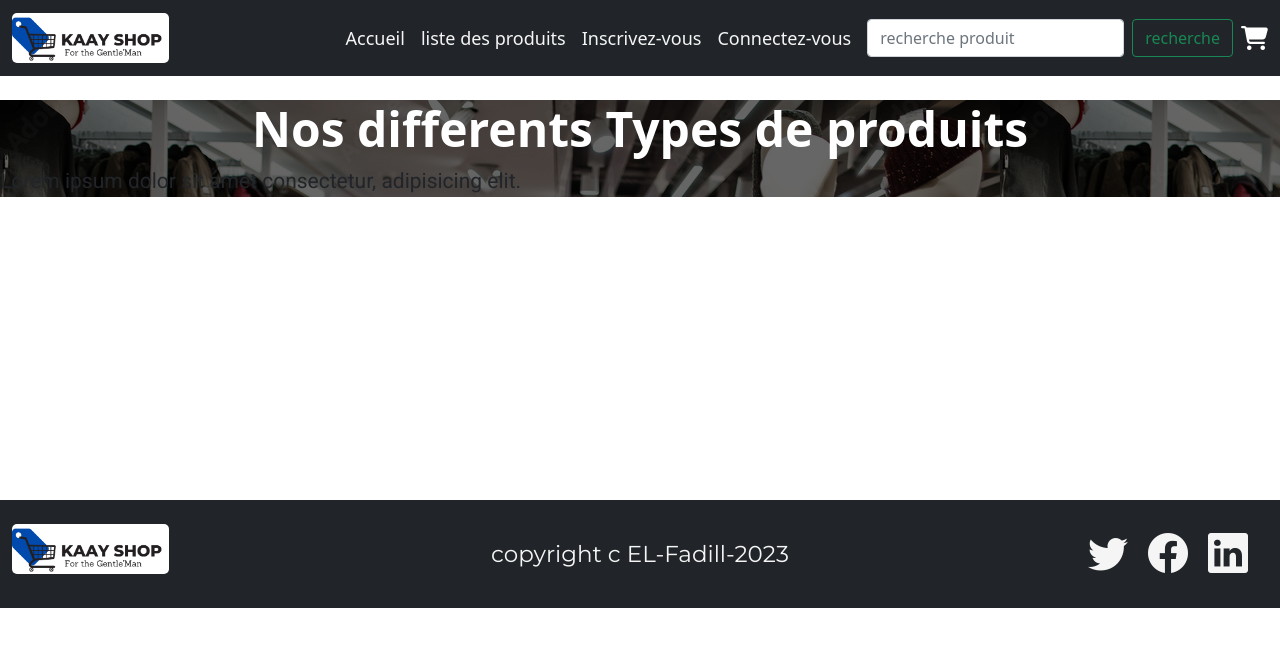
Repository: wadelfadill/Mini_projet_bootstrap_Site_vente_online
Page: list_product.html
These files come from the project's save history. The page is drawn as it stood at one moment and after the next save; the edit follows.
The browser window is 1280 px wide. The pictures show the whole page.
Some web libraries are served in a nearby version.

Above is the page before, as saved 2023-05-16 11:00:44.

After the next save:
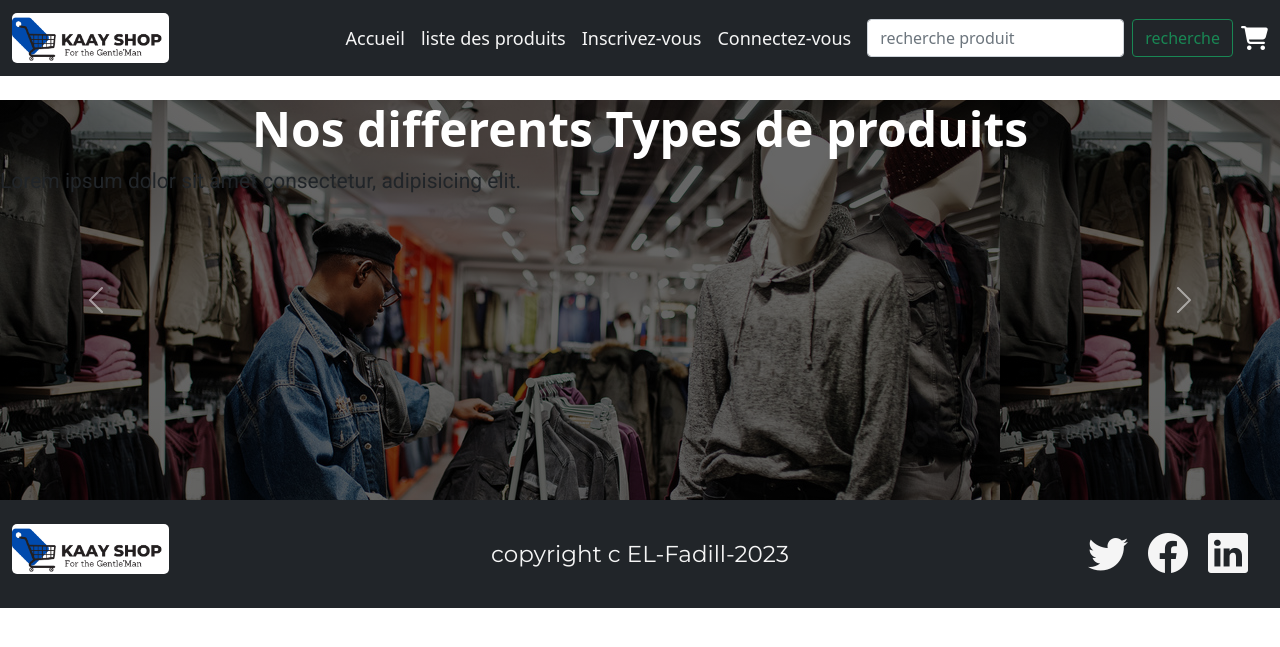
Saved 82 s later.
--- a/assets/css/list_product_style.css
+++ b/assets/css/list_product_style.css
@@ -38,27 +38,28 @@
 }
 .item1{
     width: 100%;
+    height: 400px;
     background-image: linear-gradient(rgba(0,0,0, 0.6), rgba(0,0,0, 0.6)), url("../images/item1.jpeg");
 }
 .item2{
     width: 100%;
-    height: 100%;
+    height: 400px;
     background-image: linear-gradient(rgba(0,0,0, 0.6), rgba(0,0,0, 0.6)), url("../images/item1.jpeg");
 }
 .item3{
     width: 100%;
-    height: 100%;
+    height: 400px;
     background-image: linear-gradient(rgba(0,0,0, 0.6), rgba(0,0,0, 0.6)), url("../images/item1.jpeg");
 }
 .item4{
     width: 100%;
-    height: 100%;
+    height: 400px;
 
     background-image: linear-gradient(rgba(0,0,0, 0.6), rgba(0,0,0, 0.6)), url("../images/item1.jpeg");
 }
 .item5{
     width: 100%;
-    height: 100%;
+    height: 400px;
     background-image: linear-gradient(rgba(0,0,0, 0.6), rgba(0,0,0, 0.6)), url("../images/item1.jpeg");
 }
 #list_banner{
